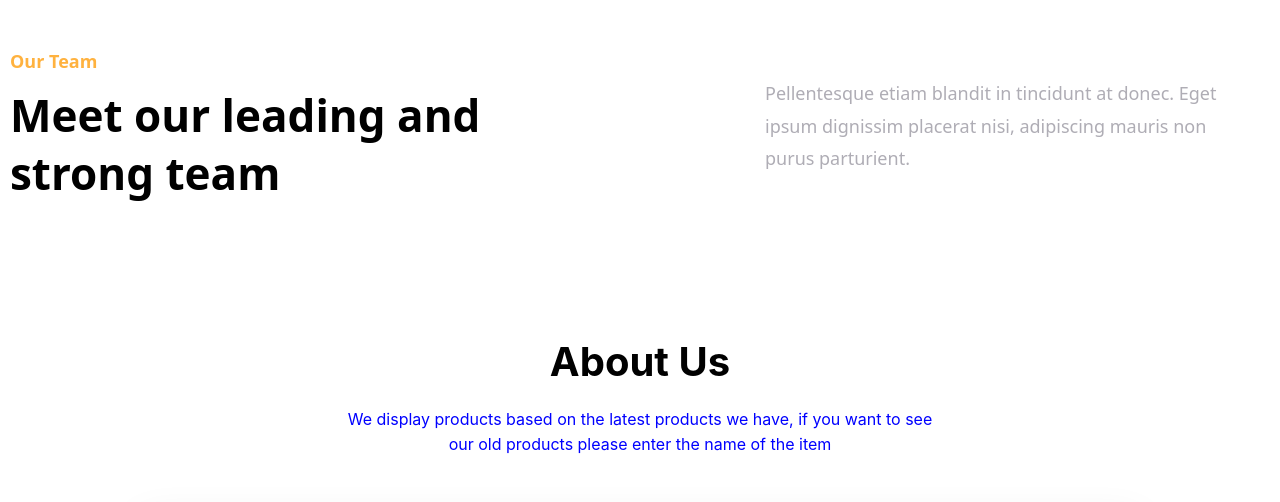
Repository: archis-academy/december-frontend-lalasia-2025
Page: /AboutUs
An editor plug-in stored every save of this project. The page is shown before and after a run of saves, followed by the edit.
The browser window is 1280 px wide. The pictures show the part of the page from y = 0 to 502 px (the page is 1587 px tall).
Pictures or frames that could not be fetched are drawn as grey boxes. The page's requests for data from a server got no answer. Some web fonts or font styles are not loaded; a fallback is used. The project was rebuilt for these pictures with package versions that can differ from the ones it lists, and the page was loaded fresh each time. No one was signed in, and anything a server would have sent is missing. Also part of the build but not shown: vite.config.ts, src/components/welcome/benefits.scss, src/components/welcome/benefitsd.tsx, src/components/Article/Article.module.scss, src/components/Article/ArticleCard.module.scss, src/components/CustomButton/CustomButton.tsx, src/components/Arrow/Arrow.tsx, src/components/Article/ArticleCard.tsx and 19 more.

Above is the page before, as saved 2026-02-04 20:27:45.

### index.html
<!doctype html>
<html lang="en">
  <head>
    <meta charset="UTF-8" />
    <meta name="viewport" content="width=device-width, initial-scale=1.0" />
    <title>Lalasia</title>
    <meta name="description" content="React at Archis" />

    <!-- favicons -->
    <link rel="icon" href="/archis-logo.svg" />


    <!-- Fonts  -->
     <link rel="stylesheet" href="https://stijndv.com/fonts/Eudoxus-Sans.css">
    <!-- Open Graph Meta Tags -->
    <!-- Twitter Meta Tags -->
  </head>
  <body>
    <div id="root"></div>
    <script type="module" src="/src/main.tsx"></script>
  </body>
</html>

### src/main.tsx
import { StrictMode } from "react";
import { createRoot } from "react-dom/client";
import { BrowserRouter, Route, Routes } from "react-router";
import Home from "@pages/home/home";
import "./styles/_reset.scss";
import "@src/main.scss";
import AboutUs from "./pages/AboutUs/AboutUs";
import Article from "./pages/Article/Article";
import Error from "./pages/Error/Error";
import Login from "./pages/Login/Login";
import Products from "./pages/Product/Products";
import ProductDetail from "./pages/ProductDetails/ProductDetail";
import Services from "./pages/Services/Services";
import SignUp from "./pages/SignUp/SignUp";
import MainLayout from "./layouts/MainLayout/MainLayout";
import ArticleDetail from "./pages/ArticleDetail/ArticleDetail";
import AuthLayout from "./layouts/AuthLayout/AuthLayout";



createRoot(document.getElementById("root")!).render(
  <StrictMode>
    <BrowserRouter>
      <Routes>

        {/* MainLayout begin */}
        <Route path="/" element={<MainLayout />}>

          <Route index element={<Home />} />
          <Route path="products" element={<Products />} />
          <Route path="products/:id" element={<ProductDetail />} />
          <Route path="services" element={<Services />} />
          <Route path="articles" element={<Article />} />
          <Route path="articles/:id" element={<ArticleDetail />} />
          <Route path="/AboutUs" element={<AboutUs />} />


        </Route>
        {/* MainLayout end */}

        {/* AuthLayout begin */}
        <Route path="/auth" element={<AuthLayout />}>

          <Route index path="login" element={<Login />} />
          <Route path="signup" element={<SignUp />} />

        </Route>
        {/* Authlayout end */}

        {/* 404 Not Found */}
        <Route path="/*" element={<Error />} />
      </Routes>
    </BrowserRouter>
  </StrictMode>,
);

### src/styles/_reset.scss
@use './variables' as *;

*,
*::before,
*::after {
  margin: 0;
  padding: 0;
  box-sizing: border-box;
}

@media (prefers-reduced-motion: no-preference) {
  html {
    interpolate-size: allow-keywords;
  }
}

body {
  line-height: 1.5;
  font-family: $font-primary, sans-serif;
  -webkit-font-smoothing: antialiased;
}

img,
picture,
video,
canvas,
svg {
  display: block;
  max-width: 100%;
}

input,
button,
textarea,
select {
  font: inherit;
}

p,
h1,
h2,
h3,
h4,
h5,
h6 {
  overflow-wrap: break-word;
}

p {
  text-wrap: pretty;
}

#root,
#__next {
  isolation: isolate;
}

### src/main.scss
@use './styles/index' as *;

### src/pages/AboutUs/AboutUs.tsx
import HeroSection from "@/components/HeroSection/HeroSection";
import TeamSection from "@/components/TeamSection/TeamSection";

const AboutUs = () => {
  return (
    <div>
      <TeamSection />
      <HeroSection/>
    </div>
  );
};

export default AboutUs;

### src/layouts/MainLayout/MainLayout.tsx
import { Outlet } from "react-router";
import styles from "./MainLayout.module.scss";
import Footer from "@/components/Footer/Footer";

export default function MainLayout() {
  return (
    <div className={styles.mainlayout}>
      <main><Outlet /></main>
      <Footer />
    </div>
  )
}

### src/components/Footer/Footer.tsx
import React from 'react';
import './Footer.scss';

const Footer: React.FC = () => {
  const handleNavigation = () => {
    window.open('https://www.google.com', '_blank');
  };

  return (
    <footer className="footer-wrapper">
      <div className="footer-container">


        <div className="footer-cta">
          <h2 className="cta-text">Join with me to get special discount</h2>
          <button
            className="cta-btn"
            onClick={handleNavigation}
            type="button"
          >
            Learn More <span className="arrow">→</span>
          </button>
        </div>

        <hr className="footer-line" />


        <div className="footer-main">


          <div className="footer-brand">
            <div className="brand-logo">
              <img
                src="/icons/Frame.svg"
                alt="Lalasia Logo"
                className="logo-img"
              />
              <span className="logo-text">Lalasia</span>
            </div>
            <p className="brand-desc">
              Lalasia is digital agency that help you make better experience iaculis cras in.
            </p>
          </div>


          <div className="footer-links-group">
            <div className="link-col">
              <h4>Product</h4>
              <a href="#new">New Arrivals</a>
              <a href="#best">Best Selling</a>
              <a href="#home">Home Decor</a>
              <a href="#kitchen">Kitchen Set</a>
            </div>
            <div className="link-col">
              <h4>Services</h4>
              <a href="#catalog">Catalog</a>
              <a href="#blog">Blog</a>
              <a href="#faq">FaQ</a>
              <a href="#pricing">Pricing</a>
            </div>
            <div className="link-col">
              <h4>Follow Us</h4>
              <a href="#fb">Facebook</a>
              <a href="#ig">Instagram</a>
              <a href="#tw">Twitter</a>
            </div>
          </div>
        </div>

      </div>
    </footer>
  );
};

export default Footer;

### src/styles/_variables.scss
@use "@styles/_functions.scss" as *;

/*
 * Colors
 */
$white: #ffffff;
$black: #000000;
$paragraph-color: #AFADB5;
$text-color: #151411;
$main-color: #518581;
$secondary-color: #FFB23F;

/*
 * Typography
 */

// Font family
$font-primary: 'Eudoxus Sans', system-ui, -apple-system, sans-serif;

// Base font size
$font-base: pxToRem(16);

// Font weights
$fw-regular: 400;
$fw-medium: 500;
$fw-bold: 700;

/* Headings / H1 - Bold - 64 */
$h1-size: pxToRem(64);
$h1-weight: $fw-bold;
$h1-line-height: 1.1;

/* Headings / H3+ - Bold - 26 */
$h3plus-size: pxToRem(26);
$h3plus-weight: $fw-bold;
$h3plus-line-height: 1.3;

/* Heading / H5 - Bold - 18 */
$h5-size: pxToRem(18);
$h5-weight: $fw-bold;
$h5-line-height: 1.4;

/* Paragraph / P3 - Medium - 18 */
$p3-size: pxToRem(18);
$p3-weight: $fw-medium;
$p3-line-height: 1.6;

/*
 * Breakpoints
 */
$desktop-xxl: pxToRem(1920);
$desktop-xl: pxToRem(1600);
$desktop-l: pxToRem(1440);
$desktop-m: pxToRem(1200);
$desktop-s: pxToRem(1024);
$tablet-l: pxToRem(992);
$tablet-m: pxToRem(768);
$tablet-s: pxToRem(640);
$mobile-l: pxToRem(576);
$mobile-m: pxToRem(480);
$mobile-s: pxToRem(320);


/* container max width */
$container-max-width: 1240px;

### src/styles/_functions.scss
@use "sass:math";

@function pxToRem($size) {
  @return #{math.div($size, 16)}rem;
}

### src/styles/index.scss
@forward './variables';
@forward './mixins';
@forward './functions';
@forward './reset';

### src/styles/_mixins.scss
@mixin max($screen) {
  @media screen and (max-width: $screen) {
    @content;
  }
}

@mixin min($screen) {
  @media screen and (min-width: $screen) {
    @content;
  }
}



/* Headings */

// @mixin h1 {
//   font-family: $font-primary;
//   font-size: $h1-size;
//   font-weight: $h1-weight;
//   line-height: $h1-line-height;
// }

// @mixin h3plus {
//   font-family: $font-primary;
//   font-size: $h3plus-size;
//   font-weight: $h3plus-weight;
//   line-height: $h3plus-line-height;
// }

// @mixin h5 {
//   font-family: $font-primary;
//   font-size: $h5-size;
//   font-weight: $h5-weight;
//   line-height: $h5-line-height;
// }

// /* Paragraphs */

// @mixin p3 {
//   font-family: $font-primary;
//   font-size: $p3-size;
//   font-weight: $p3-weight;
//   line-height: $p3-line-height;
// }

### src/components/HeroSection/HeroSection.tsx
import React, { useState } from 'react';
import './HeroSection.scss';

const AboutSection: React.FC = () => {
  const [isPlaying, setIsPlaying] = useState<boolean>(false);

  const toggleVideo = () => {
    setIsPlaying(!isPlaying);
  };

  return (
    <section className="about-section">
      <div className="container">
        <header className="about-header">
          <h2 className="title">About Us</h2>
          <p className="description">
            We display products based on the latest products we have, if you want
            to see our old products please enter the name of the item
          </p>
        </header>

        <div className="video-wrapper">
          <div className="video-container">
            {/* Arka plan görseli veya Video elementi buraya gelecek */}
            <img
              src="https://images.unsplash.com/photo-1522202176988-66273c2fd55f?auto=format&fit=crop&w=1200&q=80"
              alt="Team working"
              className="video-poster"
            />

            <button className={`play-button ${isPlaying ? 'playing' : ''}`} onClick={toggleVideo}>
              <div className="play-icon"></div>
            </button>

            <div className="video-controls">
              <span className="time">01:40</span>
              <div className="progress-bar">
                <div className="progress-filled" style={{ width: '40%' }}></div>
              </div>
              <span className="time">03:52</span>
            </div>
          </div>
        </div>
      </div>
    </section>
  );
};

export default AboutSection;

### src/components/TeamSection/TeamSection.tsx
import { useData } from "@/hooks/useData";
import style from "./TeamSection.module.scss";
import type { Product, Team } from "@/types/types";

const TeamSection = () => {
  const { data, isLoading, error } = useData<Team[]>({ endpoint: "team" });
  if (isLoading) {
  }
  if (error) {
  }
  return (
    <div className={style.teamSection}>
      <div className={style.teamSection__header}>
        <div className={style.teamSection__header__title}>
          <p className={style.teamSection__header__title__text}>Our Team</p>
          <h1 className={style.teamSection__header__title__h1}>
            Meet our leading and strong team
          </h1>
        </div>
        <div className={style.teamSection__header__desc}>
          <p className={style.teamSection__header__desc__p}>
            Pellentesque etiam blandit in tincidunt at donec. Eget ipsum
            dignissim placerat nisi, adipiscing mauris non purus parturient.
          </p>
        </div>
      </div>
      <div className={style.teamSection__members}>
        <div className={style.teamSection__members__list}>
          {data?.map((x) => (
            <div
              className={style.teamSection__members__list__member}
              key={x.id}
            >
              <img
                className={style.teamSection__members__list__img}
                src={x.image}
                alt=""
              />
              <div className={style.teamSection__members__list__info}>
                <h3 className={style.teamSection__members__list__name}>
                  {x.fullName}
                </h3>
                <p className={style.teamSection__members__list__job}>{x.job}</p>
              </div>
            </div>
          ))}
        </div>
      </div>
    </div>
  );
};

export default TeamSection;

### src/hooks/useData.ts
import { fetcher } from "@/utils/helpers";
import useSWR from "swr";

type useDataProps = {
  endpoint: string;
}

type useDataReturn<T> = {
  data: T | null;
  isLoading: boolean;
  error: string | null;
}


export const useData = <T>({ endpoint }: useDataProps): useDataReturn<T> => {

  const { data, isLoading, error } = useSWR(endpoint, fetcher);

  return { data: data, isLoading: isLoading, error: error };
}

### src/layouts/MainLayout/MainLayout.module.scss
.mainlayout {
    max-width: 1440px;
    width: 100%;
    margin: 0 auto;
    display: flex;
    flex-direction: column;
    // overflow: auto;

    header {
        width: 100%;
        height: 120px;
    }

    main {
        flex: 1;
        width: 100%;
    }

    footer {
        width: 100%;
        height: 290px;
    }
}

### src/components/Footer/Footer.scss

@use "@styles/_variables.scss" as *;

.footer-wrapper {
  width: 100%;
  padding: 80px 0;
  background: #fff;
  display: flex;
  justify-content: center;

  .footer-container {
    width: 90%;
    max-width: 1100px;

    .footer-cta {
      display: flex;
      justify-content: space-between;
      align-items: center;
      margin-bottom: 40px;

      .cta-text {
        font-size: 44px;
        font-family: sans-serif;
        font-weight: 700;
        color: $black;
        margin: 0;
        flex: 1;
      }

      .cta-btn {
        flex-shrink: 0;
        background: $main-color;
        color: #fff;
        border: none;
        padding: 16px 32px;
        font-size: 16px;
        font-weight: 500;
        cursor: pointer;
        display: flex;
        align-items: center;
        gap: 12px;
        transition: transform 0.2s, background 0.2s;

        &:hover {
          background: $main-color;
        }

        &:active {
          transform: scale(0.95);
        }
      }
    }

    .footer-line {
      border: 0;
      border-top: 1px solid #EAEAEA;
      margin-bottom: 50px;
    }

    .footer-main {
      display: flex;
      justify-content: space-between;

      .footer-brand {
        max-width: 300px;

        .brand-logo {
          display: flex;
          align-items: center;
          gap: 12px;
          margin-bottom: 20px;

          .logo-img {
            height: 28px;
            width: auto;
            object-fit: contain;
          }

          .logo-text {
            font-size: 24px;
            font-weight: 700;
            color: $black;
            font-family: sans-serif;
          }
        }

        .brand-desc {
          color: $black;
          line-height: 1.7;
          font-size: 15px;
        }
      }

      .footer-links-group {
        display: flex;
        gap: 60px;

        .link-col {
          h4 {
            font-size: 20px;
            font-weight: 700;
            margin-bottom: 20px;
            color: $black;
            font-family: sans-serif;
          }
          a {
            display: block;
            text-decoration: none;
            color: $black;
            font-family: sans-serif;
            margin-bottom: 12px;
            font-weight: 500;
            font-size: 18px;
            &:hover { color: $main-color; }
          }
        }
      }
    }
  }
}
@media (max-width: 1024px) {
  .footer-wrapper .footer-container {
    .footer-main {
      .footer-links-group {
        gap: 40px;
      }
    }
  }
}


@media (max-width: 768px) {
  .footer-wrapper {
    padding: 40px 0;

    .footer-container {
      .footer-cta {
        flex-direction: column;
        align-items: flex-start;
        text-align: left;

        .cta-text { font-size: 28px; }

      }

      .footer-line { margin-bottom: 40px; }

      .footer-main {
        flex-direction: column;
        gap: 40px;

        .footer-brand { max-width: 100%; }

        .footer-links-group {
          justify-content: flex-start;
          flex-wrap: wrap;
          gap: 30px;

          .link-col {
            min-width: 140px;
          }
        }
      }
    }
  }
}


@media (max-width: 480px) {
  .footer-wrapper .footer-container .footer-main .footer-links-group {
    display: grid;
    grid-template-columns: 1fr 1fr;
    gap: 20px;
  }
}

### src/components/HeroSection/HeroSection.scss



.about-section {
  padding: 80px 20px;
  font-family: 'Inter', sans-serif;
  text-align: center;

  .container {
    max-width: 1000px;
    margin: 0 auto;
  }

  .about-header {
    margin-bottom: 50px;

    .title {
      font-size: 2.5rem;
      font-weight: 700;
      color: black;
      margin-bottom: 15px;
    }

    .description {
      font-size: 1rem;
      color: blue;
      max-width: 600px;
      margin: 0 auto;
      line-height: 1.6;
    }
  }

  .video-wrapper {
    position: relative;
    border-radius: 12px;
    overflow: hidden;
    box-shadow: 0 20px 40px rgba(0,0,0,0.1);

    .video-container {
      position: relative;
      aspect-ratio: 16 / 9; // Modern responsive oran
      background: #000;
      display: flex;
      align-items: center;
      justify-content: center;

      .video-poster {
        width: 100%;
        height: 100%;
        object-fit: cover;
        opacity: 0.8;
      }

      .play-button {
        position: absolute;
        width: 70px;
        height: 70px;
        background: rgba(0, 0, 0, 0.5);
        border: none;
        border-radius: 50%;
        cursor: pointer;
        display: flex;
        align-items: center;
        justify-content: center;
        transition: transform 0.3s ease;
        z-index: 2;

        &:hover {
          transform: scale(1.1);
          background: rgba(0, 0, 0, 0.7);
        }

        .play-icon {
          width: 0;
          height: 0;
          border-top: 10px solid transparent;
          border-bottom: 10px solid transparent;
          border-left: 15px solid white;
          margin-left: 5px;
        }
      }

      .video-controls {
        position: absolute;
        bottom: 0;
        left: 0;
        right: 0;
        padding: 30px;
        background: linear-gradient(transparent, rgba(0,0,0,0.7));
        display: flex;
        align-items: center;
        gap: 15px;
        color: white;
        font-size: 0.9rem;

        .progress-bar {
          flex-grow: 1;
          height: 4px;
          background: red;
          border-radius: 2px;
          position: relative;

          .progress-filled {
            height: 100%;
            background: green;
            border-radius: 2px;
          }
        }
      }
    }
  }
}

// Responsive Ayarlar
@media (max-width: 768px) {
  .about-section {
    padding: 40px 15px;

    .about-header {
      .title { font-size: 1.8rem; }
      .description { font-size: 0.9rem; }
    }

    .video-controls {
      padding: 15px !important;
      font-size: 0.75rem !important;
    }
  }
}

### src/components/TeamSection/TeamSection.module.scss
@use "/src/styles/variables" as *;

.teamSection {
  display: grid;
  gap: 40px;
  padding: 10px;
  .teamSection__header {
    margin-top: 40px;
    display: flex;
    justify-content: space-between;
    align-items: center;
    gap: 30px;

    @media (max-width: 768px) {
      display: grid;
    }
    .teamSection__header__title {
      display: grid;
      gap: 14px;
      max-width: 548px;

      .teamSection__header__title__text {
        color: $secondary-color;
        font-size: 18px;
        font-weight: 700;
        line-height: 130%;
        @media (max-width: 768px) {
          font-size: 14px;
        }
      }
      .teamSection__header__title__h1 {
        font-size: 44px;
        line-height: 130%;
        font-weight: 700;
        @media (max-width: 768px) {
          font-size: 24px;
        }
      }
    }
    .teamSection__header__desc {
      max-width: 505px;
      .teamSection__header__desc__p {
        color: $paragraph-color;
        font-weight: 500;
        font-size: 18px;
        line-height: 180%;
        @media (max-width: 768px) {
          font-size: 14px;
        }
      }
    }
  }
  .teamSection__members__list {
    display: grid;
    grid-template-columns: repeat(3, 1fr);
    gap: 24px;
    @media (max-width: 768px) {
      grid-template-columns: repeat(2, 1fr);
    }
    @media (max-width: 525px) {
      grid-template-columns: repeat(1, 1fr);
    }
    .teamSection__members__list__member {
      display: grid;
      gap: 26px;
      .teamSection__members__list__img {
        height: 360px;
        object-fit: cover;
        width: 100%;
        object-position: center;
      }
      .teamSection__members__list__info {
        display: grid;
        gap: 8px;
        .teamSection__members__list__name {
          font-weight: 700;
          font-size: 26px;
          line-height: 130%;
          color: $text-color;
          @media (max-width: 768px) {
            font-size: 14px;
          }
        }
        .teamSection__members__list__job {
          color: $paragraph-color;
          font-weight: 500;
          font-size: 18px;
          line-height: 180%;
          @media (max-width: 768px) {
            font-size: 12px;
          }
        }
      }
    }
  }
}

### src/utils/helpers.ts
import type { Basket } from "@/types/types";

const baseURL = "https://674895ea5801f515359188c9.mockapi.io/api/lalasia"

export const fetcher = async (endpoint: string) => {
  const response = await fetch(`${baseURL}/${endpoint}`);
  if (!response.ok) {
    throw new Error(`HTTP error! status: ${response.status}`);
  }
  return response.json();
}

// set a value into localstorage
export const setColorStorage = (key: string, value: string): void => {
  if (!localStorage.getItem(key)) {
    localStorage.setItem(key, value);
    return;
  }
  localStorage.setItem(key, value);
}

// add a product into localstorage
export const setBasketStorage = (key: string, value: Basket[]): void => {
  if (!localStorage.getItem(key)) {
    const basket: Basket[] = [];
    localStorage.setItem(key, JSON.stringify(basket));
    return;
  }
  localStorage.setItem(key, JSON.stringify(value));
}

// get all products from inside the basket
export const getBasket = (): [] => {

  const basket = localStorage.getItem('basket');
  return basket !== null ? JSON.parse(basket) : [];

}

After the next 3 saves:
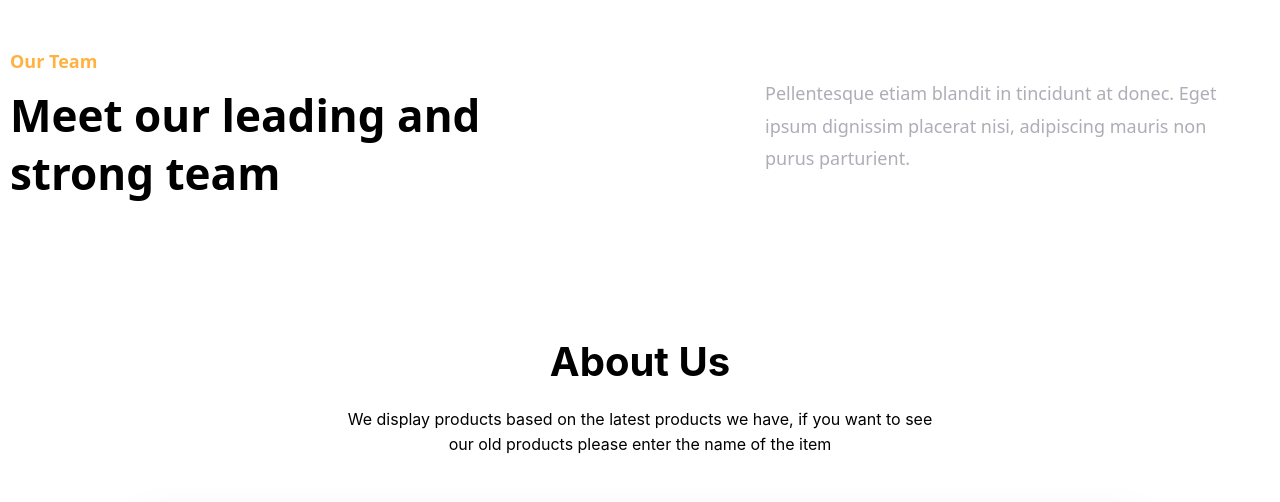
The 3 saves are shown as one change because 2 did not build or start.
The last was saved 14 min 54 s later.
--- a/src/components/HeroSection/HeroSection.scss
+++ b/src/components/HeroSection/HeroSection.scss
@@ -1,5 +1,5 @@
 
-
+@use "/src/styles/variables" as *;
 
 .about-section {
   padding: 80px 20px;
@@ -23,7 +23,7 @@
 
     .description {
       font-size: 1rem;
-      color: blue;
+     $paragraph-color: #AFADB5;
       max-width: 600px;
       margin: 0 auto;
       line-height: 1.6;
